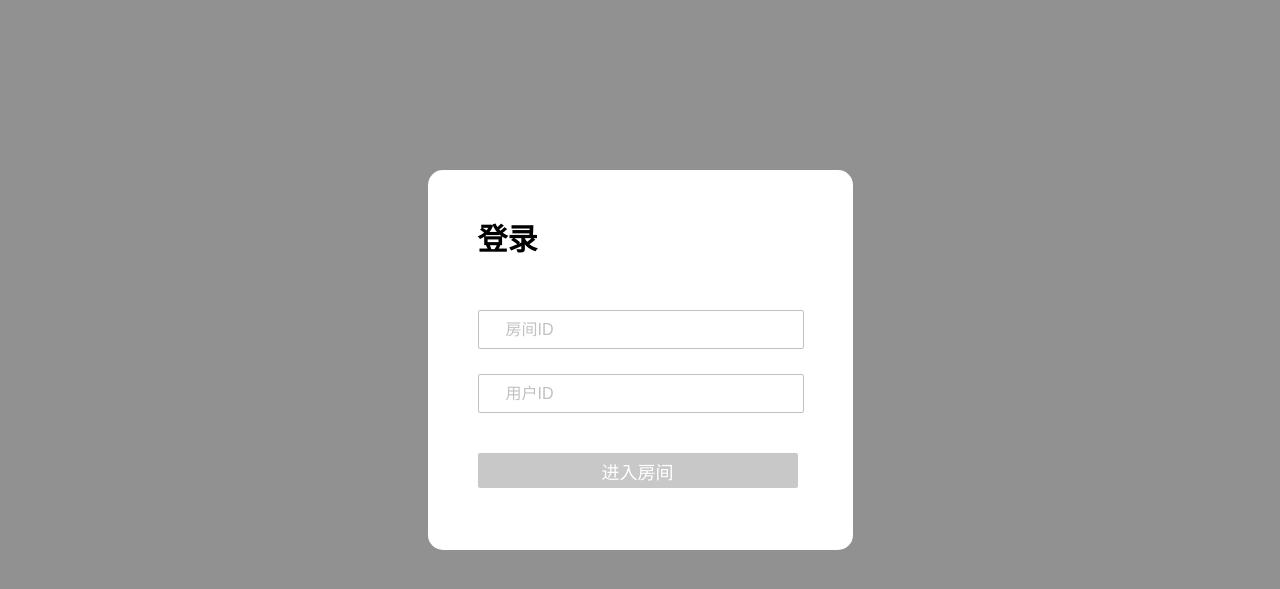
Repository: sjtu-course/homework
Page: GongZening/Week2/Web/LoginPage.html
The author's editor kept a copy of each file at every save. The page is drawn from the files as they stood at one save, then again after the next save.
The browser window is 1280 px wide. The pictures show the whole page.

Above is the page before, as saved 2020-11-09 15:28:29.

After the next save:
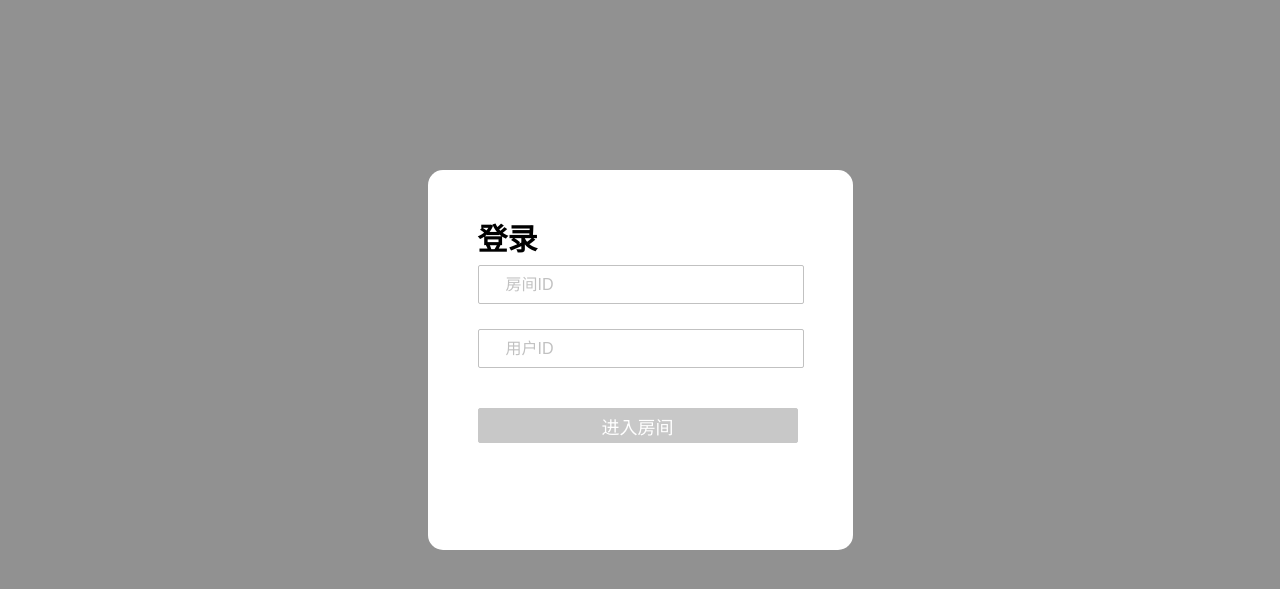
Saved 15 s later.
--- a/GongZening/Week2/Web/css/Edit_Text.css
+++ b/GongZening/Week2/Web/css/Edit_Text.css
@@ -3,7 +3,7 @@
     width: 320px;
     height: 35px;
     margin-left: 50px;
-    margin-top: 45px;
+    margin-top: 0px;
     border-radius: 2px;
     border:1px solid #c1c1c1;
     font-size: 16px;
